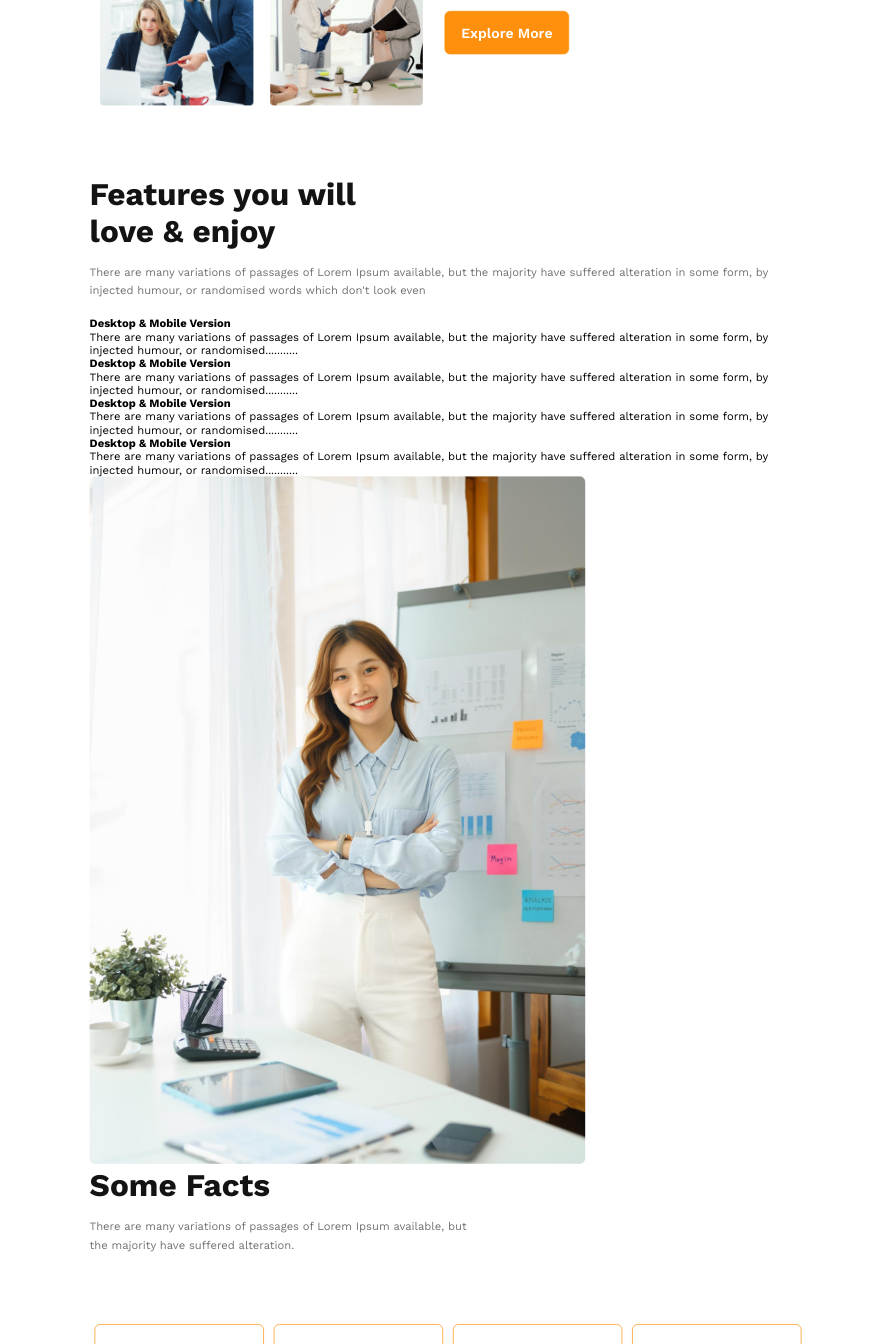
Repository: ShouravAhammed/G3-architects-webpage
Page: index.html
These files come from the project's save history. The page is drawn as it stood at one moment and after the next save; the edit follows.
The browser window is 1280 px wide. The pictures show the part of the page from y = 1492 to 3412 px (the page is 4266 px tall before and 3836 px after), at 70% of full size.

Above is the page before, as saved 2024-01-13 17:12:23.

### index.html
<!DOCTYPE html>
<html lang="en">
<head>
    <meta charset="UTF-8">
    <meta name="viewport" content="width=device-width, initial-scale=1.0">
    <title>G3 Architects</title>
    <link rel="stylesheet" href="styles/style.css">
</head>
<body>
    <!-- header part -->
    <header id="header">
        <div class="container">
            <nav class="navigation">
                <h3 class="website-logo">G3 Architects</h3>
                <ul class="nav">
                    <li><a href="">Home</a></li>
                    <li><a href="">About</a></li>
                    <li><a href="">Contact</a></li>
                    <li><a href="">Login</a></li>
                </ul>
            </nav>
            <section id="banner">
                <div class="banner-content">
                    <h3 class="banner-title">Brand New <br>Group of Architects</h3>
                    <p class="banner-description">There are many variations of passages of Lorem Ipsum available, but the majority have suffered alteration in some form, by injected humour, or randomised words which don't look even</p>
                    <button class="primary-btn">Explore More</button>
                </div>
                <img src="images/banner.png" alt="">
            </section>
        </div>
    </header>
    <!-- main part -->
    <main>
        <!-- team section part -->
        <section id="team">
            <div class="container">
                <div class="team-content">
                    <div class="team-img">
                        <img src="images/team1.png" alt="team1-img">
                        <img src="images/team2.png" alt="team2-img">
                        <img src="images/team3.png" alt="team3-img">
                        <img src="images/team4.png" alt="team4-img">
                    </div>
                    <div class="team-text">
                        <h3 class="primary-title"> <span id="gray-font">Quick list </span>of Our <span id="yellow-font">Features</span></h3>
                        <p class="primary-description">There are many variations of passages of Lorem Ipsum available, but the majority have suffered alteration in some form, by injected humour, or randomised words which don't look even</p>
                        <button class="primary-btn">Explore More</button>
                    </div>
                </div>
            </div>
        </section>
        <!-- feature section part -->
        <section id="feature">
            <div class="container">
                <div class="feature-container">
                    <div class="feature-content">
                        <h3 class="primary-title">Features you will<br> love & enjoy</h3>
                        <p class="primary-description">There are many variations of passages of Lorem Ipsum available, but the majority have suffered alteration in some form, by injected humour, or randomised words which don't look even</p>
                        <div class="feature-content-text">
                            <h4>Desktop & Mobile Version</h4>
                            <p>There are many variations of passages of Lorem Ipsum available, but the majority have suffered alteration in some form, by injected humour, or randomised...........</p>
                        </div>
                        <div class="feature-content-text">
                            <h4>Desktop & Mobile Version</h4>
                            <p>There are many variations of passages of Lorem Ipsum available, but the majority have suffered alteration in some form, by injected humour, or randomised...........</p>
                        </div>
                        <div class="feature-content-text">
                            <h4>Desktop & Mobile Version</h4>
                            <p>There are many variations of passages of Lorem Ipsum available, but the majority have suffered alteration in some form, by injected humour, or randomised...........</p>
                        </div>
                        <div class="feature-content-text">
                            <h4>Desktop & Mobile Version</h4>
                            <p>There are many variations of passages of Lorem Ipsum available, but the majority have suffered alteration in some form, by injected humour, or randomised...........</p>
                        </div>
                    </div>
                    <div class="feature-img">
                        <img src="images/architect.png" alt="Feature-img">
                    </div>
                </div>
            </div>
        </section>
        <!-- some-facts section part  -->
        <section id="some-facts">
            <div class="container">
                <div class="some-facts-container">
                    <div class="some-facts-text-content">
                        <h3 class="primary-title">Some Facts</h3>
                    <p class="primary-description">There are many variations of passages of Lorem Ipsum available, but the majority have suffered alteration.</p>
                    </div>
                    <div class="some-facts-card-content">
                        <div class="some-facts-card">
                            <img src="images/icons/ribon.png" alt="">
                            <h3 class="card-number">54</h3>
                            <p class="card-description">Awards Winnings</p>
                        </div>
                        <div class="some-facts-card">
                            <img src="images/icons/projects.png" alt="">
                            <h3 class="card-number">1458</h3>
                            <p class="card-description">Awards Winnings</p>
                        </div>
                        <div class="some-facts-card">
                            <img src="images/icons/customers.png" alt="">
                            <h3 class="card-number">590</h3>
                            <p class="card-description">Awards Winnings</p>
                        </div>
                        <div class="some-facts-card">
                            <img src="images/icons/email.png" alt="">
                            <h3 class="card-number">22578</h3>
                            <p class="card-description">Awards Winnings</p>
                        </div>
                    </div>
                </div>
            </div>
        </section>
        <!-- sponsors section part  -->
        <section id="sponsors">
            <div class="container">
                <div class="sponsors-container">
                    <div class="sponsors-text-content">
                        <h3 class="primary-title">Our Sponsors</h3>
                        <p class="primary-description">There are many variations of passages of Lorem Ipsum available, but the majority have suffered alteration.</p>
                    </div>
                    <div class="sponsors-img">
                        <img src="images/sponsors/spotify.png" alt="spotify-img">
                        <img src="images/sponsors/amazon.png" alt="amazon-img">
                        <img src="images/sponsors/google.png" alt="google-img">
                        <img src="images/sponsors/telerama.png" alt="telerama-img">
                        <img src="images/sponsors/figma.png" alt="figma-img">
                    </div>
                </div>
            </div>
        </section>
    </main>
    <!-- footer part  -->
    <footer id="footer">
        <div class="container">
            <div class="footer-content">
                <p class="footer-description">All rights reserved copyright@2023 startup landing page design</p>
            </div>
        </div>
    </footer>
</body>
</html>

### styles/style.css
/* G3 Architects website fonts from google fonts */
@import url('https://fonts.googleapis.com/css2?family=Work+Sans:ital,wght@0,100;0,200;0,300;0,400;0,500;0,600;0,700;0,800;0,900;1,100;1,200;1,300;1,400;1,500;1,600;1,700;1,800;1,900&display=swap');

/* all body measuring */
*{
    margin: 0;
    padding: 0;
    outline: 0;
    box-sizing: border-box;
    font-family: 'Work Sans', sans-serif;
}

/* container */
.container{
    width: 80%;
    margin: 0 auto;
}

/* Primary button */
.primary-btn{
    color: #FFF;
    font-size: 20px;
    font-weight: 600;
    padding: 18px 23px;
    border-radius: 8px;
    background: #FF900E;
    border: 1px solid #FF900E;
    cursor: pointer;
    transition: all ease 0.5s;
}
.primary-btn:hover{
    background: #fff;
    color: #FF900E;
}
/* Header part css style */
#header{
    background: rgba(255, 144, 14, 0.10);
    padding: 50px 0px;
}
.navigation{
    display: flex;
    justify-content: space-between;
    align-items: center;
}
.website-logo{
    color: #131313;
    font-size: 2.8rem;
    font-weight: 700;
    line-height: normal;
}
.navigation > .nav{
    display: flex;
    gap: 30px;
}
.nav li{
    list-style: none;
}
.nav li a{
    color: #424242;
    font-size: 18px;
    font-weight: 500;
    line-height: 26px;
    text-decoration: none;
    transition: all ease 0.3s;
}
/* Navigation css hover style  */
.nav li a:hover{
    color: #FF900E;
}
/* banner section css style start */
#banner{

}
#banner .banner-content{
    max-width: 862px;
    margin: 100px auto 50px auto;
    text-align: center;
}
.banner-content .banner-title{
    color: #131313;
    font-size: 4rem;
    font-weight: 700;
}
.banner-content .banner-description{
    color: #727272;
    font-size: 16px;
    font-weight: 400;
    line-height: 26px;
    margin: 30px 0;
}
#banner img{
    width: 100%;
}
/* banner section css style end */
/* team section css style start */
#team{
    margin-top: 50px;
    margin-bottom: 100px;
}
.team-content{
    display: flex;
    justify-content: space-around;
    align-items: center;
}
.team-content .team-img{
    display: grid;
    grid-template-columns: repeat(2, 1fr);
    gap: 24px;
    width: 45%;
}
.team-content .team-img img{
    width: 100%;
}
.team-content .team-text{
    width: 49%;
}
.primary-title{
    color: #131313;
    font-size: 45px;
    font-weight: 700;
}
#gray-font{
    color: #727272;
    font-weight: 500;
}
#yellow-font{
    color: #FF900E;
}
.primary-description{
    color: #727272;
    font-size: 16px;
    font-weight: 400;
    line-height: 26px;
    margin-top: 20px;
    margin-bottom: 24px;
}
/* some-facts section css style */
.some-facts-container{

}
.some-facts-text-content{
    width: 542px;
}
.some-facts-card-content{
    display: flex;
    justify-content: space-around;
    align-items: center;
    margin-top: 100px;
}
.some-facts-card-content .some-facts-card{
    padding: 45px 36px 45px 36px;
    border-radius: 8px;
    border: 1px solid #FF900E;
    text-align: center;
}
.some-facts-card img{
    width: 46px;
    height: 46px;
}
.some-facts-card .card-number{
    color: #424242;
    font-size: 45px;
    font-weight: 600;
    margin-top: 10px;
}
.some-facts-card .card-description{
    color: #727272;
    font-size: 20px;
    font-weight: 600;
}

/* Sponsors section css style */
#sponsors{
    margin-top: 180px;
    margin-bottom: 130px;
}
.sponsors-container{
    text-align: center;
}
.sponsors-text-content{
    width: 542px;
    margin: 0 auto;
}
.sponsors-img{
    display: flex;
    justify-content: space-between;
    align-items: center;
    margin-top: 50px;
}
.sponsors-img img{
    width: 150px;
    filter: grayscale(1);
    transition: all ease 0.5s;
}
.sponsors-img img:hover{
    filter: none;
    transform: scale(1.08);
    cursor: pointer;
}



/* footer part css style */
#footer{
    margin-bottom: 20px;
}
.footer-content{
    background: #FFF4E7;
    border-radius: 8px;
    text-align: center;
}
.footer-content .footer-description{
    color: #424242;
    font-size: 20px;
    font-weight: 400;
    padding: 38px 0px;
}




/* mobile device */
@media only screen and (max-width: 576px){
    .navigation{
        flex-direction: column;
    }
    #banner .banner-content {
        max-width: 100%;
        margin: 50px auto 50px auto;
    }



    .team-content{
        flex-direction: column;
    }
    .team-content .team-img{
        grid-template-columns: repeat(2, 1fr);
        gap: 24px;
        width: 100%;
    }
    .team-content .team-text{
        width: 100%;
        margin-top: 30px;
    }




    .some-facts-text-content {
        width: 100%;
    }
    .some-facts-card-content {
        margin-top: 50px;
        flex-direction: column;
        gap: 24px;
    }



    #sponsors {
        margin-top: 90px;
        margin-bottom: 90px;
    }
    .sponsors-text-content {
        width: 100%;
    }
    .sponsors-img {
        flex-direction: column;
        gap: 24px;
    }
    .sponsors-img img {
        width: 50%;
    }


    .footer-content .footer-description{
        padding: 38px 10px;
    }
}

/* tablet device */
@media only screen and (min-width: 577px) and (max-width: 992px){
    .navigation{
        flex-direction: column;
    }
    #banner .banner-content {
        max-width: 100%;
        margin: 80px auto 50px auto;
    }


    .team-content{
        flex-direction: column-reverse;
    }
    .team-content .team-img{
        grid-template-columns: repeat(2, 1fr);
        gap: 24px;
        width: 100%;
    }
    .team-content .team-text{
        width: 100%;
        margin-bottom: 30px;
    }


    .some-facts-text-content {
        width: 100%;
    }
    .some-facts-card-content {
        margin-top: 50px;
        flex-direction: row;
        gap: 24px;
        flex-wrap: wrap;
    }



    #sponsors {
        margin-top: 90px;
        margin-bottom: 90px;
    }
    .sponsors-text-content {
        width: 100%;
    }
    .sponsors-img {
        flex-direction: row;
        justify-content: space-evenly;
        flex-wrap: wrap;
        column-gap: 60px;
        row-gap: 20px;
    }


    .footer-content .footer-description{
        padding: 38px 10px;
    }
}

After the next save:
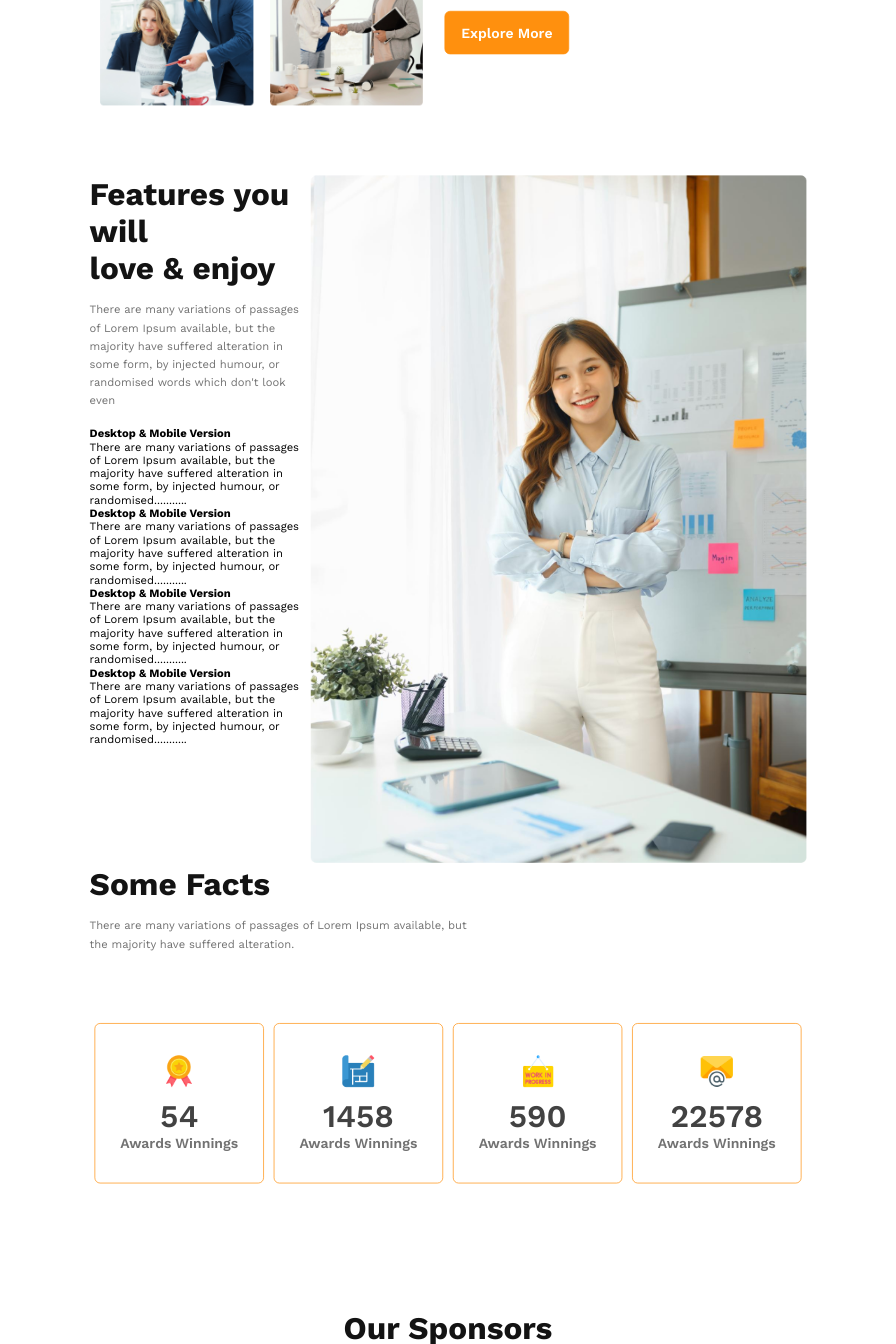
Saved 79 s later.
--- a/styles/style.css
+++ b/styles/style.css
@@ -134,6 +134,10 @@
     margin-top: 20px;
     margin-bottom: 24px;
 }
+/* feature section css style */
+.feature-container{
+    display: flex;
+}
 /* some-facts section css style */
 .some-facts-container{
 
